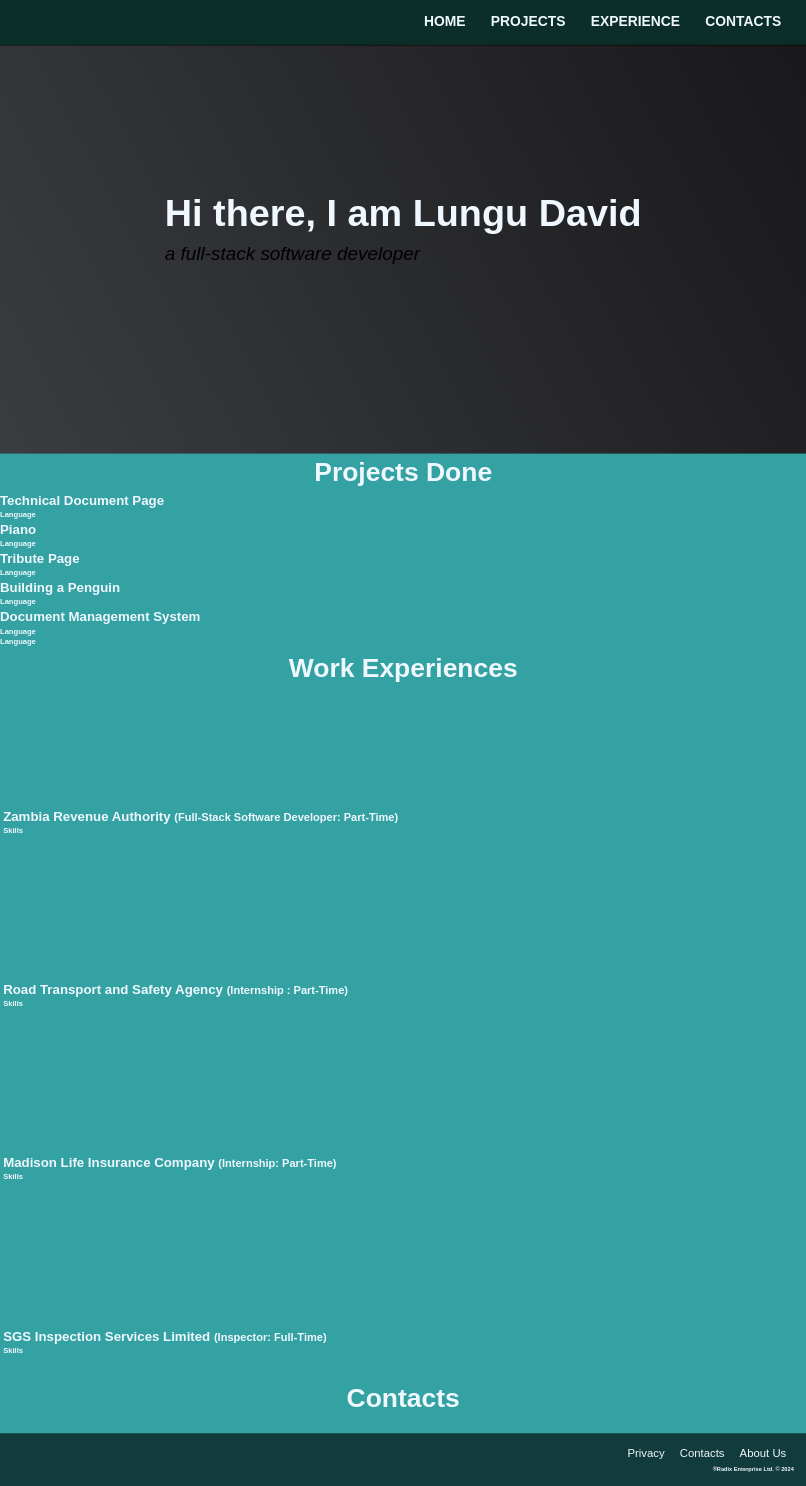
Repository: Lungdjos/personal_portifolio
Page: html/index.html
These files come from the project's save history. The page is drawn as it stood at one moment and after a run of saves; the edit follows.
The browser window is 1280 px wide. The pictures show the whole page, at 63% of full size.

Above is the page before, as saved 2024-02-02 01:05:28.

### html/index.html
<!DOCTYPE html>
<html lang="en">

<head>
    <meta charset="UTF-8">
    <meta name="viewport" content="width=device-width, initial-scale=1.0">
    <title>Personal Portifolio</title>
    <link rel="stylesheet" href="/css/styles.css">
    <!-- <link href="https://cdn.jsdelivr.net/npm/bootstrap@5.3.2/dist/css/bootstrap.min.css" rel="stylesheet" integrity="sha384-T3c6CoIi6uLrA9TneNEoa7RxnatzjcDSCmG1MXxSR1GAsXEV/Dwwykc2MPK8M2HN" crossorigin="anonymous"> -->
</head>

<body>
    <header class="header">
        <nav id="navbar">
            <ul class="nav-list">
                <li><a href="#Home" class="nav-link"><i class=""></i>Home</a></li>
                <li>
                    <a href="#Works" class="nav-link"> <i class=""></i>Projects</a>
                </li>
                <li>
                    <a href="#Work-Experience" class="nav-link"> <i class=""></i>Experience</a>
                </li>
                <li><a href="#Contacts" class="nav-link"><i class=""></i>Contacts</a></li>
            </ul>
        </nav>
    </header>
    <main class="m-3">
        <div id="spacer"></div>
        <section class="home" id="Home">
            <div id="welcome-section">
                <h1>Hi there, I am Lungu David</h1>
                <p>a full-stack software developer</p>
            </div>
        </section>
        <div id="spacer"></div>
        <section class="works" id="Works">
            <h2>Projects Done</h2>
            <div class="grid">
                <div class="projects">
                    <h3>Technical Document Page</h3>
                    <h6 class="language">Language</h6>
                    <p>
                        <ul>
                            <li></li>
                        </ul>
                    </p>
                </div>
                <div class="projects">
                    <h3>Piano</h3>
                    <h6 class="language">Language</h6>
                    <p>
                        <ul>
                            <li></li>
                        </ul>
                    </p>
                </div>
                <div class="projects">
                    <h3>Tribute Page</h3>
                    <h6 class="language">Language</h6>
                    <p>
                        <ul>
                            <li></li>
                        </ul>
                    </p>
                </div>
                <div class="projects">
                    <h3>Building a Penguin</h3>
                    <h6 class="language">Language</h6>
                    <p>
                        <ul>
                            <li></li>
                        </ul>
                    </p>
                </div>
                <div class="projects">
                    <h3>Document Management System</h3>
                    <h6 class="language">Language</h6>
                    <p>
                        <ul>
                            <li></li>
                        </ul>
                    </p>
                </div>
                <div class="projects">
                    <h3></h3>
                    <h6 class="language">Language</h6>
                    <p>
                        <ul>
                            <li></li>
                        </ul>
                    </p>
                </div>
            </div>
        </section>
        <div id="spacer"></div>
        <section class="" id="Work-Experience">
            <h2>Work Experiences</h2>
            <div id="grid">
                <div id="icon"></div>
                <div class="experience">
                    <h3>Zambia Revenue Authority <small>(Full-Stack Software Developer: Part-Time)</small></h3>
                    <h6 class="skills">Skills</h6>
                    <p>
                        <ul>
                            <li></li>
                            <li></li>
                            <li></li>
                            <li></li>
                        </ul>
                    </p>
                </div>
            </div>

            <div id="grid">
                <div id="icon"></div>
                <div class="experience">
                    <h3>Road Transport and Safety Agency <small>(Internship : Part-Time)</small></h3>
                    <h6 class="skills">Skills</h6>
                    <p>
                        <ul>
                            <li></li>
                            <li></li>
                            <li></li>
                            <li></li>
                        </ul>
                    </p>
                </div>
            </div>

            <div id="grid">
                <div id="icon"></div>
                <div class="experience">
                    <h3>Madison Life Insurance Company <small>(Internship: Part-Time)</small></h3>
                    <h6 class="skills">Skills</h6>
                    <p>
                        <ul>
                            <li></li>
                            <li></li>
                            <li></li>
                            <li></li>
                        </ul>
                    </p>
                </div>
            </div>

            <div id="grid">
                <div id="icon"></div>
                <div class="experience">
                    <h3>SGS Inspection Services Limited <small>(Inspector: Full-Time)</small></h3>
                    <h6 class="skills">Skills</h6>
                    <p>
                        <ul>
                            <li></li>
                            <li></li>
                            <li></li>
                            <li></li>
                        </ul>
                    </p>
                </div>
            </div>
        </section>
        <div id="spacer"></div>
        <section class="contact" id="Contacts">
            <h2>Contacts</h2>
        </section>
    </main>
    <footer>
        <ul>
            <li><a href="">Privacy</a></li>
            <li><a href="">Contacts</a></li>
            <li><a href="">About Us</a></li>
        </ul>
        <span>&REG;Radix Enterprise Ltd. &copy; 2024</span>
    </footer>
</body>

</html>

### css/styles.css
/** STYLING FOR THE PORTIFOLIO **/


/* the root selector */

:root {
    /* colors */
    --main-col: aliceblue;
    --bc-1: #34a2a2;
    --bc-2: #0b2e28;
    --bc-3: #123b3b;
    --bc-4: #45567d;
    /* values */
}

html {
    font-size: 62.5%;
    box-sizing: border-box;
    scroll-behavior: smooth;
}

* {
    margin: 0;
    padding: 0;
}


/* box-sizing and font sizing */

*,
*::before,
*::after {
    box-sizing: inherit;
}


/* body styling */

body {
    font-family: 'Poppins', sans-serif;
    font-size: 1.8rem;
    font-weight: 400;
    line-height: 1.4;
    color: var(--main-col);
    background-color: var(--bc-1);
}


/* headings styling */

h1,
h2 {
    font-family: 'Raleway', sans-serif;
    font-weight: 600;
    text-align: center;
}

h1 {
    font-size: 6rem;
}

h2 {
    font-size: 4.2rem;
}


/* List and anchor styling */

ul {
    list-style: none;
}

a {
    color: var(--main-col);
    text-decoration: none;
}

img {
    display: block;
    width: 100%;
}


/* nav bar styling */

nav {
    font-weight: 600;
}

.header {
    display: flex;
    justify-content: flex-end;
    position: fixed;
    top: 0;
    left: 0;
    width: 100%;
    box-shadow: 0 2px 0 rgba(0, 0, 0, 0.4);
    z-index: 10;
    background-color: var(--bc-2);
}

nav>ul {
    display: flex;
    margin-right: 2rem;
    text-transform: uppercase;
}

.nav-list a {
    display: block;
    font-size: 2.2rem;
    padding: 2rem;
}

.nav-list a:hover {
    background: var(--bc-4);
}


/* body tyling */

#spacer {
    max-width: 1000px;
    width: 100%;
    margin: 0 auto;
}

main>li {
    list-style-type: disc;
}


/* Styling or the Home Page */

.home {
    width: 100%;
    height: 100vh;
    display: flex;
    flex-direction: column;
    justify-content: center;
    align-items: center;
    background: inherit;
    background-image: linear-gradient(62deg, #3a3d40 0%, #181719 100%);
}

#welcome-section>p {
    font-size: 3rem;
    font-weight: 200;
    font-style: italic;
    color: #000;
}


/* Work Experience */

#Work-Experience {
    margin-top: 5px;
}

#Work-Experience #icon {
    display: flex;
    flex-direction: column;
    justify-content: center;
    height: 150px;
    width: 20vw;
}

#Work-Experience .experience {
    display: flex;
    flex-direction: column;
    justify-content: center;
    height: 125px;
    width: 80vw;
    padding: 5px;
}


/* footer styling */

footer {
    margin-top: 25px;
    padding: 20px;
    width: 100%;
    background-color: var(--bc-3);
}

footer>ul {
    display: flex;
    justify-content: flex-end;
}

footer>ul>li {
    padding: 0 12px;
}

footer>span {
    display: flex;
    justify-content: flex-end;
    margin-top: 6px;
    font-size: .9rem;
    font-weight: bold;
}


/* STYLING FOR SMALL DEVICES */


/* 1200px / 16px = 75em */

@media (max-width: 75em) {
    html {
        font-size: 60%;
    }
}


/* 980px / 16px = 61.25em */

@media (max-width: 61.25em) {
    html {
        font-size: 58%;
    }
}


/* 460px / 16px = 28.75em */

@media (max-width: 28.75em) {
    html {
        font-size: 55%;
    }
}


/* nav bar media queries */

@media (max-width: 28.75em) {
    #navbar {
        justify-content: center;
    }
    .nav-list {
        margin: 0 1rem;
    }
}

After the next 4 saves:
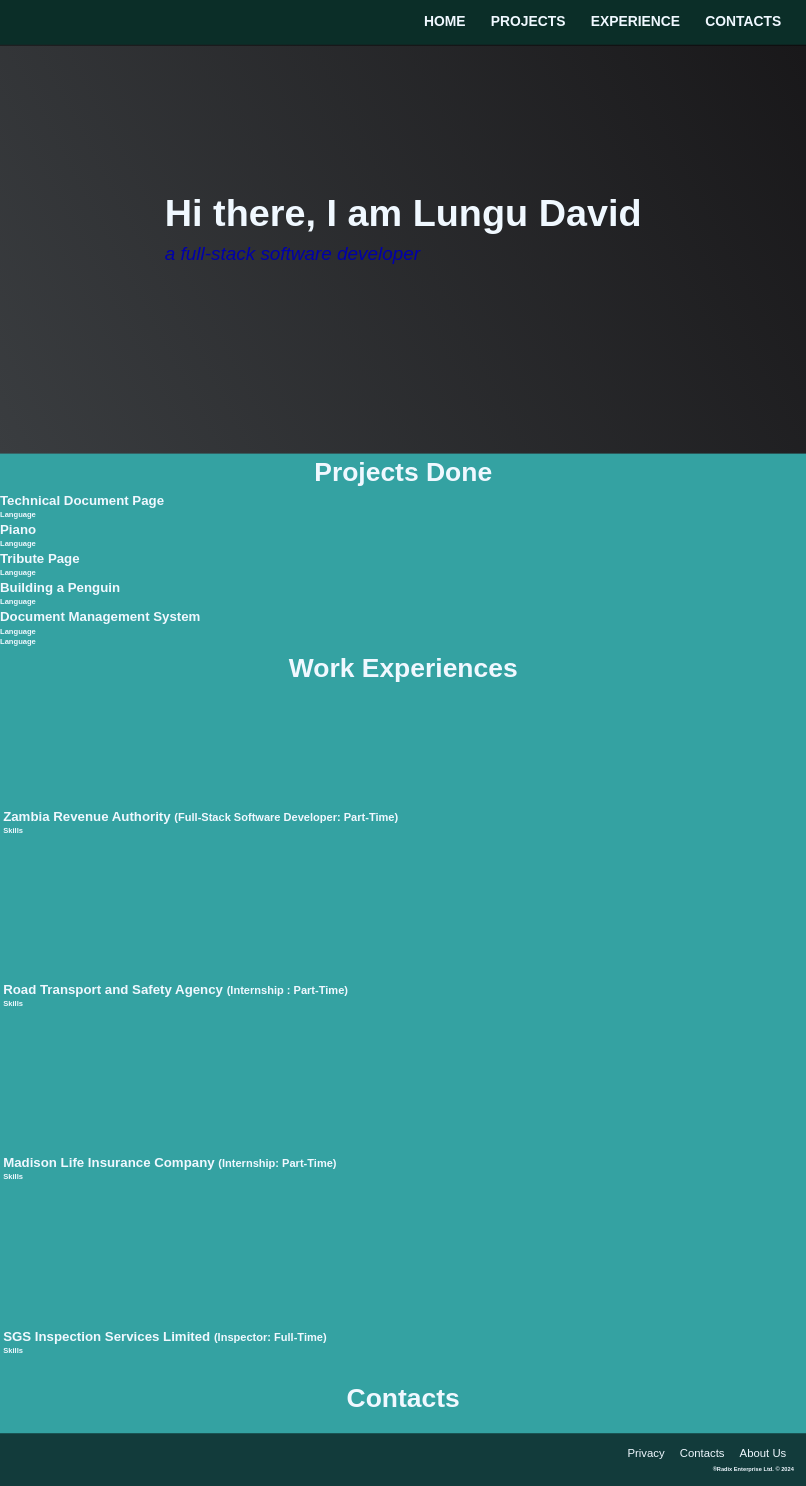
The 4 saves are shown as one change because they came seconds apart.
The last was saved 65 s later.
--- a/css/styles.css
+++ b/css/styles.css
@@ -146,7 +146,7 @@ main>li {
     font-size: 3rem;
     font-weight: 200;
     font-style: italic;
-    color: #000;
+    color: #00a;
 }
 
 
